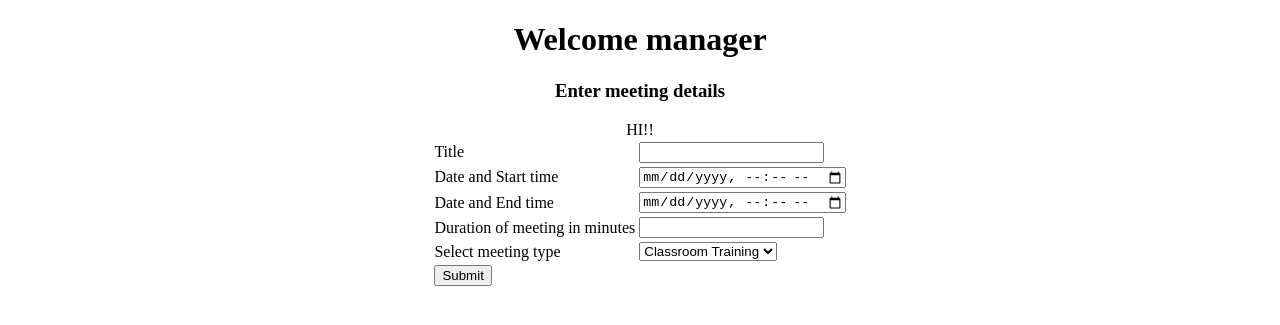
Repository: pavleen14/techyons-code-fury
Page: http://localhost/meetingroommanagement/views/manager.jsp
An editor plug-in stored every save of this project. The page is shown before and after the next save, followed by the edit.
The browser window is 1280 px wide. The pictures show the whole page.
The page is served by Tomcat 9. Other server files are loaded and not shown.

Above is the page before, as saved 2021-09-26 06:48:36.

### application/meetingroommanagement/src/main/webapp/views/manager.jsp
<%@ page language="java" contentType="text/html; charset=ISO-8859-1"
    pageEncoding="ISO-8859-1"%>
<!DOCTYPE html>
<html>
<head>
<meta charset="ISO-8859-1">
<title>Insert title here</title>
</head>
<body>
<center>
	<h1>Welcome manager</h1>
	<h3>Enter meeting details</h3>
	<form action="ManagerServletController" method="post">
	HI!!
		<table>
		<tr>
		<td>Title</td><td><input type="text" name="title" id="title"></td>
		</tr>

		<tr>
		<td>Date and Start time</td><td> <input type="datetime-local" name="stime" id="time"></td>
		</tr>
		<tr>
		<td>Date and End time</td><td> <input type="datetime-local" name="etime" id="time"></td>
		</tr>
		<tr>
		<td>Duration of meeting in minutes</td><td><input type="number" name="duration" id="duration"></td>
		</tr>
		<tr>
		<td>Select meeting type</td>
		<td><select name="meettype" id="meet">
  			<option value="classroom">Classroom Training</option>
  			<option value="online">Online Training</option>
  			<option value="conference">Conference call</option>
 			<option value="business">Business</option>
 			<option value="business">Busi jo</option>
 		</td>
		</select>
		</tr>
		<tr>
		<td><input type="submit"></td>
		</tr>
		</table>
	</form>
</center>
</body>
</html>

After the next save:
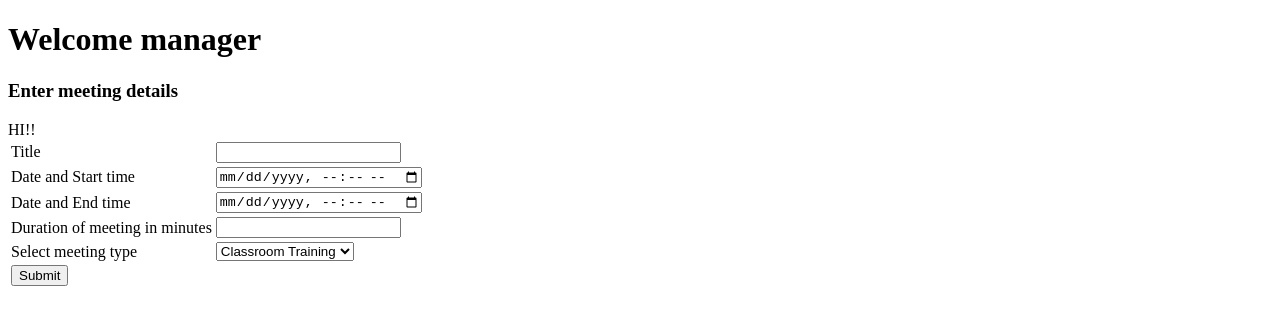
Saved 16 s later.
--- a/application/meetingroommanagement/src/main/webapp/views/manager.jsp
+++ b/application/meetingroommanagement/src/main/webapp/views/manager.jsp
@@ -7,7 +7,6 @@
 <title>Insert title here</title>
 </head>
 <body>
-<center>
 	<h1>Welcome manager</h1>
 	<h3>Enter meeting details</h3>
 	<form action="ManagerServletController" method="post">
@@ -33,7 +32,6 @@
   			<option value="online">Online Training</option>
   			<option value="conference">Conference call</option>
  			<option value="business">Business</option>
- 			<option value="business">Busi jo</option>
  		</td>
 		</select>
 		</tr>
@@ -42,6 +40,5 @@
 		</tr>
 		</table>
 	</form>
-</center>
 </body>
 </html>
